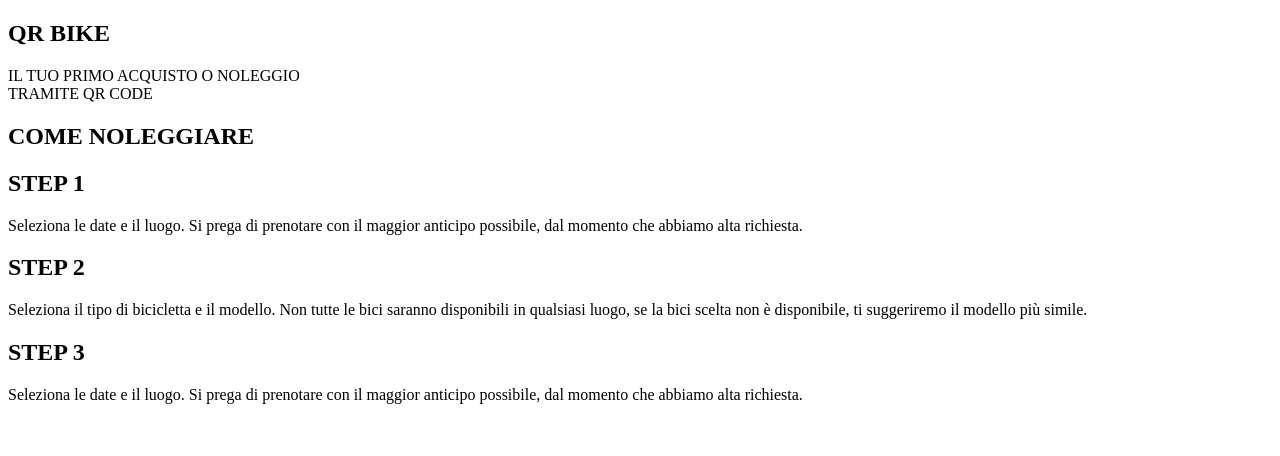
Repository: andrealepori/qrbike
Page: index.html
The author's editor kept a copy of each file at every save. The page is drawn from the files as they stood at one save, then again after a run of saves.
The browser window is 1280 px wide. The pictures show the whole page.

Above is the page before, as saved 2020-09-16 19:21:02.

### index.html
<!DOCTYPE html>
<html lang="en">
<head>
    <meta charset="UTF-8">
    <meta name="viewport" content="width=device-width, initial-scale=1.0">
    <title>Home - QR BIKE</title>


	<link type="text/css" rel="stylesheet" href="css/style.css" />

</head>
<body>



  <section  class="hero">



    <div class="inner">

      <h1 class="yellowtitle"> QR BIKE</h1>
      <p class="subtitle">IL TUO PRIMO ACQUISTO O NOLEGGIO <br> TRAMITE QR CODE</p>
      </div>

  </section>




<section>

      <h1 class="titolo">COME NOLEGGIARE </h1>

    </div>
    </div>
  </section>



  <div class="support-grid"></div>

  <section class="grid-1">
    <div class="item-1">
      <h1 class="step"><bold>STEP 1</bold> </h1>


      <p class="nero">
        Seleziona le date e il luogo.
        Si prega di prenotare con il maggior anticipo possibile,
         dal momento che abbiamo alta richiesta. </p>
    </div>
    <div class="item-2">

      <h1 class="step"><bold>STEP 2</bold> </h1>


      <p class="nero">
        Seleziona il tipo di bicicletta e il modello.
         Non tutte le bici saranno disponibili in qualsiasi luogo, se la bici scelta non è disponibile,
        ti suggeriremo il modello più simile.
        </p>


    </div>
    <div class="item-3">


      <h1 class="step"><bold>STEP 3
      </bold> </h1>


      <p class="nero">
        Seleziona le date e il luogo.
        Si prega di prenotare con il maggior anticipo possibile,
                dal momento che abbiamo alta richiesta.

        </p>


    </div>

  </section>






</body>
</html>

Loaded but not shown: style.css (no stored copy; drawn as an empty file)

After the next 2 saves:
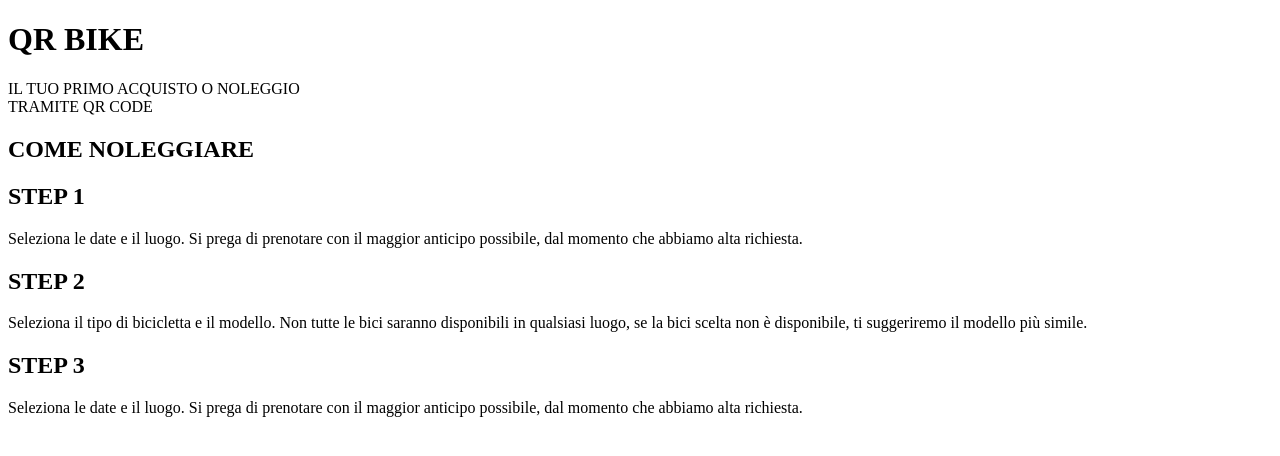
The 2 saves are shown as one change because they came seconds apart.
The last was saved 13 s later.
--- a/index.html
+++ b/index.html
@@ -13,7 +13,7 @@
 
 
 
-  <section  class="hero">
+  <section id="hero1"></section>
 
 
 

After the save that followed:
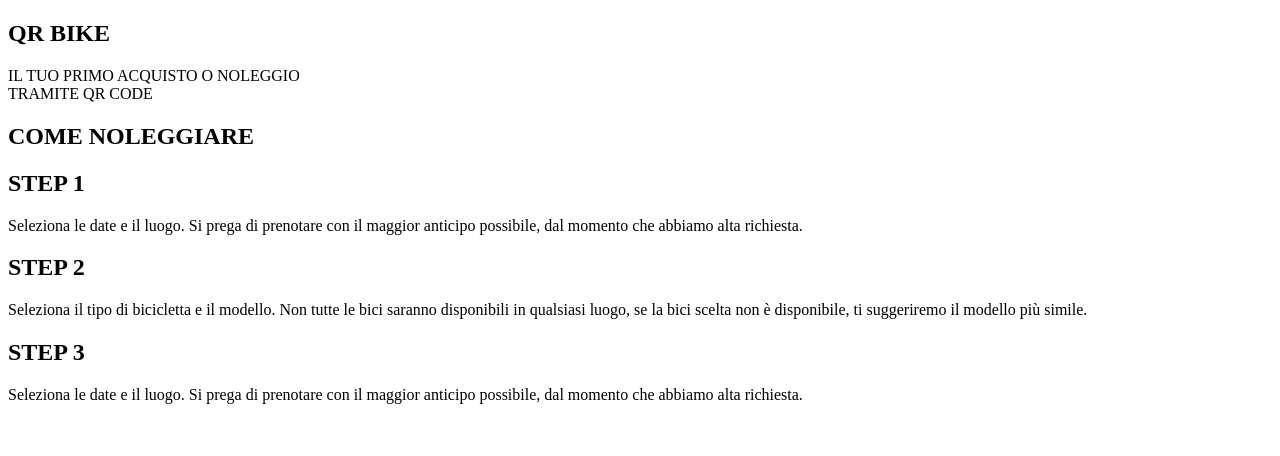
Saved 10 s later.
--- a/index.html
+++ b/index.html
@@ -13,7 +13,7 @@
 
 
 
-  <section id="hero1"></section>
+  <section id="hero1" class="hero">
 
 
 
